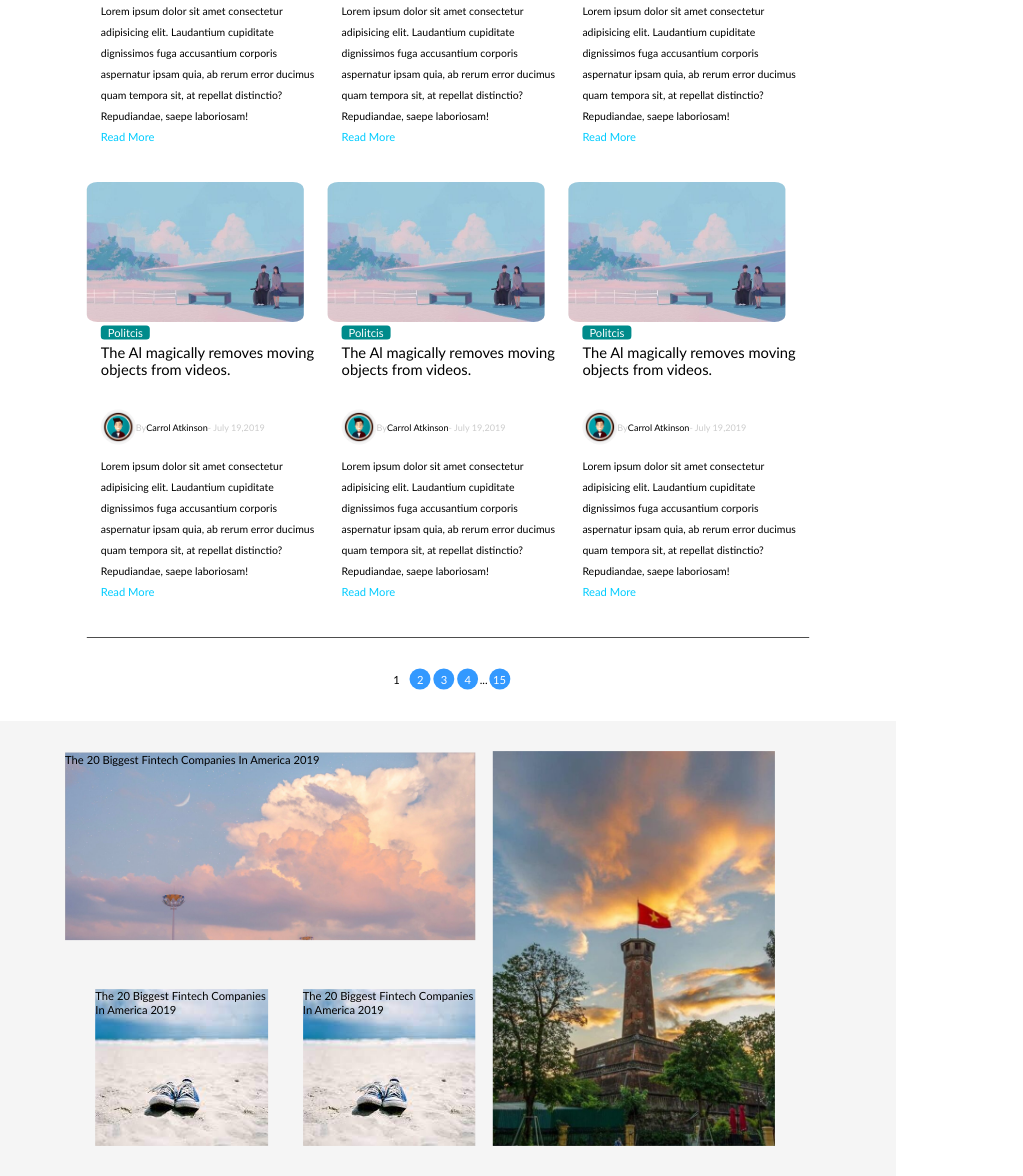
Repository: giacatdat2k5/html3
Page: html3.vs/7.1.html
An editor plug-in stored every save of this project. The page is shown before and after the next save, followed by the edit.
The browser window is 1280 px wide. The page is 1462 px wide, so the pictures cover 1462 px, including what lies to the right of the window. The pictures show the part of the page from y = 1710 to 3390 px (the page is 3390 px tall), at 70% of full size.

Above is the page before, as saved 2023-09-27 20:03:15.

After the next save:
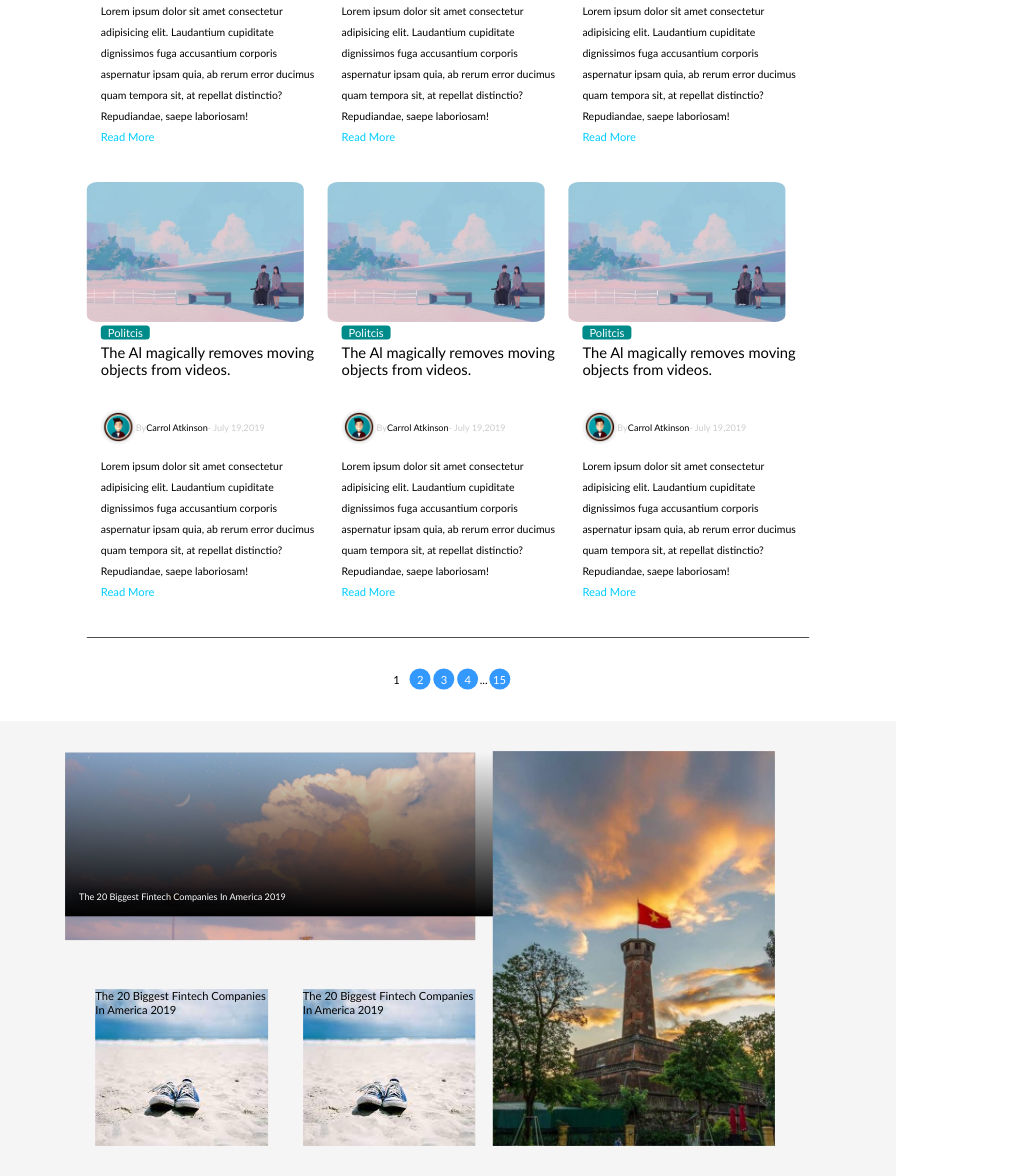
Saved 36 s later.
--- a/html3.vs/7.1.html
+++ b/html3.vs/7.1.html
@@ -207,7 +207,9 @@
     <div class="content3">
         <div class="content3left">
             <div class="c3l1">
-                <div class="c3l4">The 20 Biggest Fintech Companies In America 2019</div>
+                <div class="c3l4">
+                    <div class="edit">The 20 Biggest Fintech Companies In America 2019</div>
+                </div>
             </div>
             <div class="c3l2">
                 <div class="c3l3">The 20 Biggest Fintech Companies In America 2019</div>

After the save that followed:
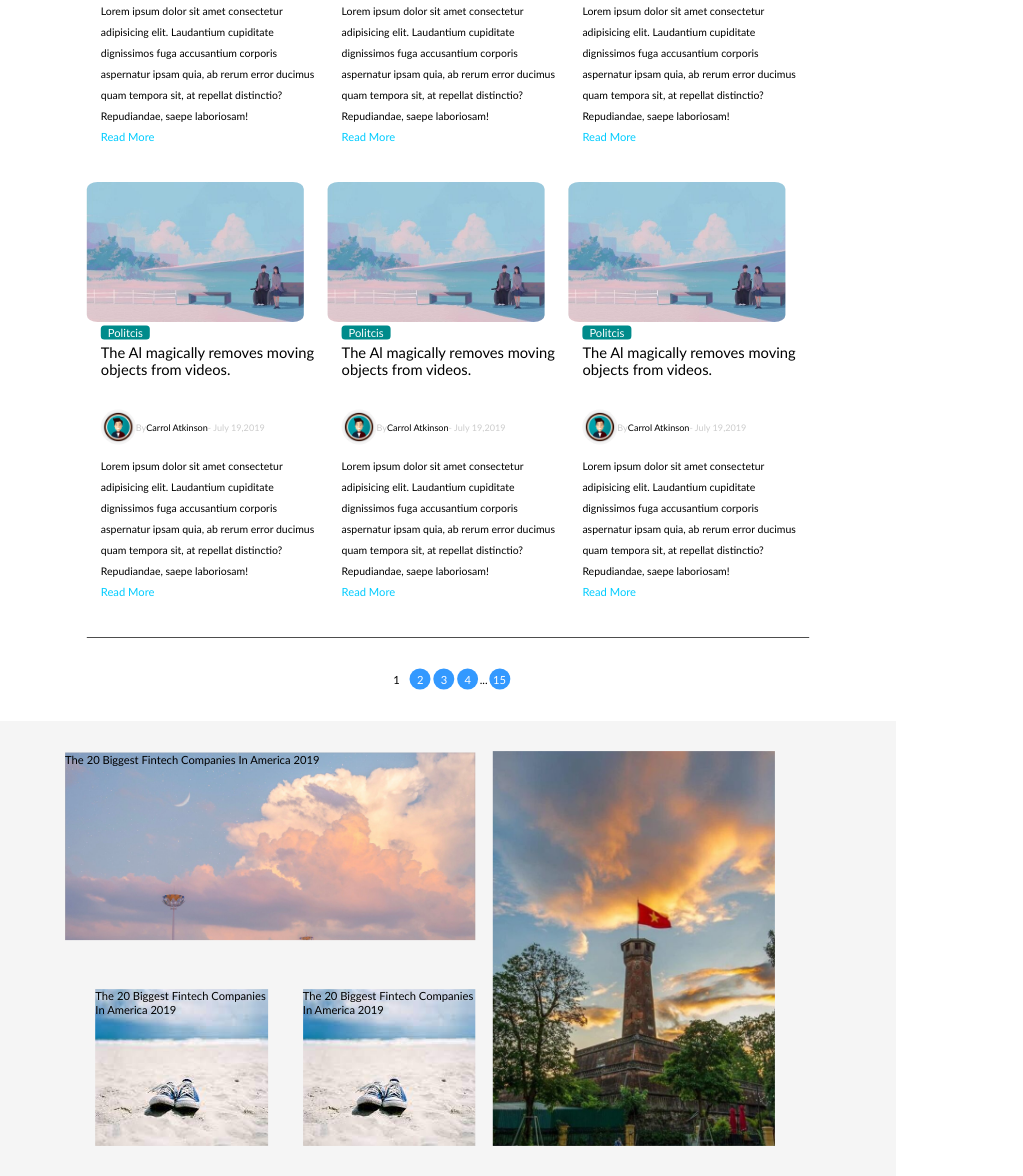
Saved 66 s later.
--- a/html3.vs/7.1.html
+++ b/html3.vs/7.1.html
@@ -208,12 +208,21 @@
         <div class="content3left">
             <div class="c3l1">
                 <div class="c3l4">
-                    <div class="edit">The 20 Biggest Fintech Companies In America 2019</div>
+                    <div class="edit2">
+                        The 20 Biggest Fintech Companies In
+                        America 2019
+                    </div>
                 </div>
             </div>
             <div class="c3l2">
-                <div class="c3l3">The 20 Biggest Fintech Companies In America 2019</div>
-                <div class="c3l3">The 20 Biggest Fintech Companies In America 2019</div>
+                <div class="c3l3"> <div class="edit2">
+                    The 20 Biggest Fintech Companies In
+                    America 2019
+                    </div></div>
+                <div class="c3l3"> <div class="edit2">
+                    The 20 Biggest Fintech Companies In
+                    America 2019
+                </div></div>
             </div>
         </div>
         <div class="content3right">
